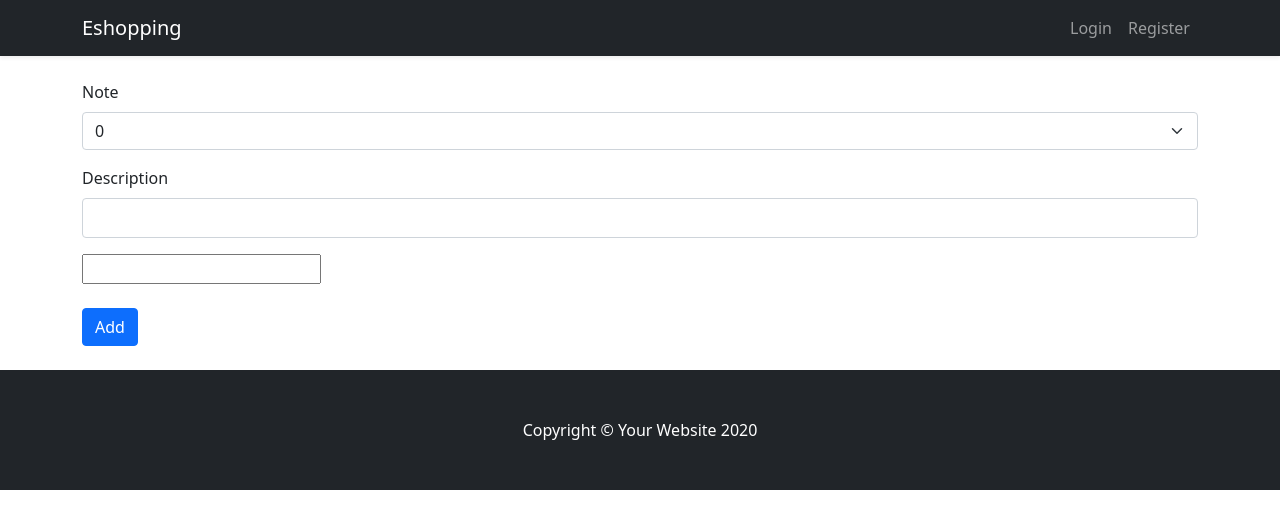
Repository: chamassali/projet_techno_web
Page: http://localhost/member/review/create
The author's editor kept a copy of each file at every save. The page is drawn from the files as they stood at one save, then again after the next save.
The browser window is 1280 px wide. The pictures show the whole page.
Some web libraries are served in a nearby version. The page is served by the project's Laravel application, run on PHP 8.4 with Laravel 8. Other server files are loaded and not shown.

Above is the page before, as saved 2021-01-22 11:05:30.

### routes/web.php
<?php

use Illuminate\Support\Facades\Route;
use Illuminate\Support\Facades\Auth;



/*
|--------------------------------------------------------------------------
| Web Routes
|--------------------------------------------------------------------------
|
| Here is where you can register web routes for your application. These
| routes are loaded by the RouteServiceProvider within a group which
| contains the "web" middleware group. Now create something great!
|
*/

Route::get('/', function () {
    return view('welcome');
});

Auth::routes();

Route::get('/home', 'HomeController@index')->name('home');

Route::namespace('Admin')->prefix('admin')->name('admin.')->middleware('can:manage-users')->group(function(){
    Route::resource('/users', 'UsersController', ['except' => ['show', 'create', 'store']]);
    Route::resource('/dashboard', 'DashboardController');
    Route::resource('/games', 'GamesController');

});

Route::namespace('Member')->prefix('member')->name('member.')->group(function(){
    Route::resource('/profile', 'ProfileController');
    Route::resource('/review', 'ReviewController');
});

### app/Http/Controllers/Member/ReviewController.php
<?php

namespace App\Http\Controllers\Member;

use App\Review;
use App\Game;
use App\Http\Controllers\Controller;
use Illuminate\Http\Request;

class ReviewController extends Controller
{
    /**
     * Display a listing of the resource.
     *
     * @return \Illuminate\Http\Response
     */
    public function index()
    {
        //
    }

    /**
     * Show the form for creating a new resource.
     *
     * @return \Illuminate\Http\Response
     */
    public function create(Request $request, Game $game)
    {
        $id_game = $request->input('id_game');
        return view('member.review.create', [
            'id_game' => $id_game
        ]);
    }

    /**
     * Store a newly created resource in storage.
     *
     * @param  \Illuminate\Http\Request  $request
     * @return \Illuminate\Http\Response
     */
    public function store(Request $request)
    {
        //
    }

    /**
     * Display the specified resource.
     *
     * @param  \App\Review  $review
     * @return \Illuminate\Http\Response
     */
    public function show(Review $review)
    {
        //
    }

    /**
     * Show the form for editing the specified resource.
     *
     * @param  \App\Review  $review
     * @return \Illuminate\Http\Response
     */
    public function edit(Review $review)
    {
        //
    }

    /**
     * Update the specified resource in storage.
     *
     * @param  \Illuminate\Http\Request  $request
     * @param  \App\Review  $review
     * @return \Illuminate\Http\Response
     */
    public function update(Request $request, Review $review)
    {
        //
    }

    /**
     * Remove the specified resource from storage.
     *
     * @param  \App\Review  $review
     * @return \Illuminate\Http\Response
     */
    public function destroy(Review $review)
    {
        //
    }
}

### app/Game.php
<?php

namespace App;

use Illuminate\Database\Eloquent\Model;


class Game extends Model
{
    public function reviews(){
        return $this->hasMany(Review::class);
    }
}

### resources/views/member/review/create.blade.php
@extends('layouts.app')

@section('content')
<div class="container">
    <form action="" method="POST" enctype="multipart/form-data">
        @csrf

        <div class="mb-3">
            <label for="" class="form-label">Note</label>
            <select class="form-select" name="note">
                <option selected>0</option>
                <option value="1">1</option>
                <option value="2">2</option>
                <option value="3">3</option>
                <option value="4">4</option>
                <option value="5">5</option>
                <option value="6">6</option>
                <option value="7">7</option>
                <option value="8">8</option>
                <option value="9">9</option>
                <option value="10">10</option>

            </select>
        </div>

        <div class="mb-3">
            <label for="" class="form-label">Description</label>
            <input type="text" name="description" class="form-control">
        </div>

        <input type="" name="id_game" value="{{ $id_game }}"><br><br>

        <button type="submit" class="btn btn-primary">Add</button>
    </form>
</div>
@endsection

### resources/views/layouts/app.blade.php
<!doctype html>
<html lang="{{ str_replace('_', '-', app()->getLocale()) }}">

<head>
    <meta charset="utf-8">
    <meta name="viewport" content="width=device-width, initial-scale=1">

    <!-- CSRF Token -->
    <meta name="csrf-token" content="{{ csrf_token() }}">

    <title>{{ config('app.name', 'Laravel') }}</title>

    <!-- Scripts -->
    <script src="{{ asset('js/app.js') }}" defer></script>

    <!-- Fonts -->
    <link rel="dns-prefetch" href="//fonts.gstatic.com">
    <link href="https://fonts.googleapis.com/css?family=Nunito" rel="stylesheet">

    <!-- Styles -->
    <link href="{{ asset('css/app.css') }}" rel="stylesheet">
    <link href="https://cdn.jsdelivr.net/npm/bootstrap@5.0.0-beta1/dist/css/bootstrap.min.css" rel="stylesheet" integrity="sha384-giJF6kkoqNQ00vy+HMDP7azOuL0xtbfIcaT9wjKHr8RbDVddVHyTfAAsrekwKmP1" crossorigin="anonymous">

    <script src="https://kit.fontawesome.com/e7e038a132.js" crossorigin="anonymous"></script>

</head>

<body>
    <div id="app">
        <nav class="navbar navbar-expand-md navbar-dark bg-dark shadow-sm">
            <div class="container">
                <a class="navbar-brand" href="{{ url('/home') }}">
                    Eshopping
                </a>
                <button class="navbar-toggler" type="button" data-toggle="collapse" data-target="#navbarSupportedContent" aria-controls="navbarSupportedContent" aria-expanded="false" aria-label="{{ __('Toggle navigation') }}">
                    <span class="navbar-toggler-icon"></span>
                </button>

                <div class="collapse navbar-collapse" id="navbarSupportedContent">
                    <!-- Left Side Of Navbar -->
                    <ul class="navbar-nav mr-auto">

                    </ul>

                    <!-- Right Side Of Navbar -->
                    <ul class="navbar-nav ml-auto">
                        <!-- Authentication Links -->
                        @guest
                        <li class="nav-item">
                            <a class="nav-link" href="{{ route('login') }}">{{ __('Login') }}</a>
                        </li>
                        @if (Route::has('register'))
                        <li class="nav-item">
                            <a class="nav-link" href="{{ route('register') }}">{{ __('Register') }}</a>
                        </li>
                        @endif
                        @else
                        <a href="/home" class="nav-link">
                            Home
                        </a>

                        <li class="nav-item dropdown">
                            <a id="navbarDropdown" class="nav-link dropdown-toggle" href="#" role="button" data-toggle="dropdown" aria-haspopup="true" aria-expanded="false" v-pre>
                                {{ Auth::user()->name }}
                            </a>
                            <div class="dropdown-menu dropdown-menu-right" aria-labelledby="navbarDropdown">
                                <a class="dropdown-item" href="{{ route('logout') }}" onclick="event.preventDefault();
                                                     document.getElementById('logout-form').submit();">
                                    {{ __('Logout') }}
                                </a>
                                @can('manage-users')
                                <a class="dropdown-item" href="{{ route('admin.users.index') }}">
                                    User management
                                </a>
                                <a class="dropdown-item" href="{{ route('admin.dashboard.index') }}">
                                    Dashboard
                                </a>
                                <a class="dropdown-item" href="{{ route('admin.games.index') }}">
                                    Games
                                </a>
                                @endcan
                                <form id="logout-form" action="{{ route('logout') }}" method="POST" class="d-none">
                                    @csrf
                                </form>
                            </div>
                        </li>

                        <a href="{{ route('member.profile.index') }}" class="nav-link">
                            <i class="fas fa-user"></i>
                        </a>
                        @endguest
                    </ul>
                </div>
            </div>
        </nav>

        <main class="py-4">
            <div class="container-fluid">
                @include('partials.alerts')
                @yield('content')
            </div>
        </main>
    </div>

    <footer class="py-5 bg-dark">
        <div class="container">
            <p class="m-0 text-center text-white">Copyright &copy; Your Website 2020</p>
        </div>
        <!-- /.container -->
    </footer>

</body>

</html>

### resources/views/partials/alerts.blade.php
@if(session('success'))
<div class="alert alert-success" role="alert">
    {{ session('success') }}
</div>
@endif

@if(session('warning'))
<div class="alert alert-warning" role="alert">
    {{ session('warning') }}
</div>
@endif

@if(session('error'))
<div class="alert alert-danger" role="alert">
    {{ session('error') }}
</div>
@endif

Loaded but not shown: app/Http/Controllers/Auth/LoginController.php (common file); app/Http/Controllers/Controller.php (common file); app/Http/Controllers/Auth/ConfirmPasswordController.php (common file); public/css/app.css (library)

After the next save:
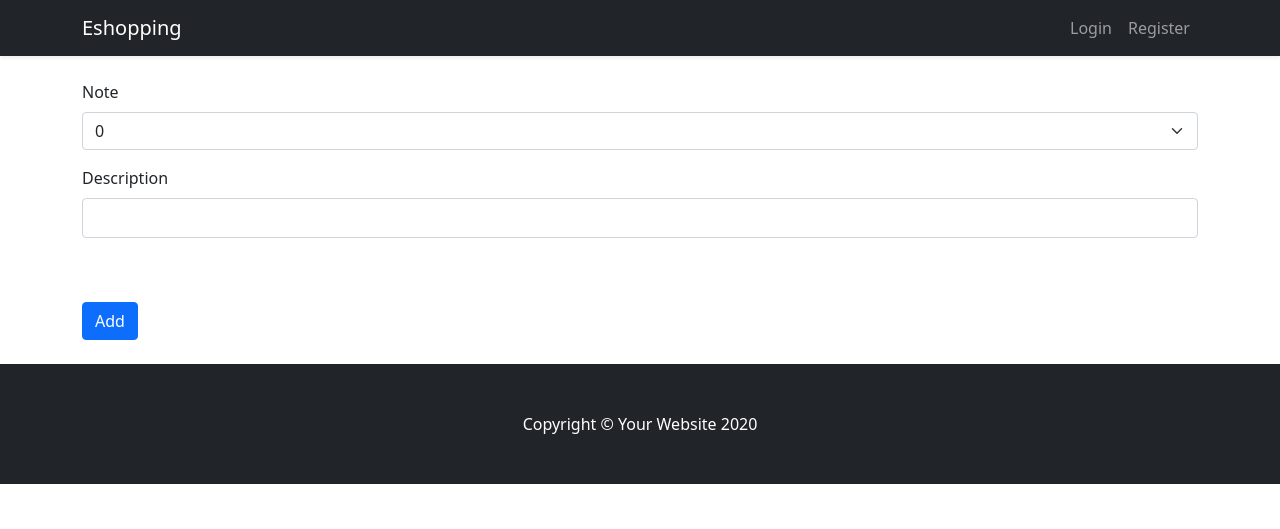
Saved 74 s later.
--- a/resources/views/member/review/create.blade.php
+++ b/resources/views/member/review/create.blade.php
@@ -28,7 +28,7 @@
             <input type="text" name="description" class="form-control">
         </div>
 
-        <input type="" name="id_game" value="{{ $id_game }}"><br><br>
+        <input type="hidden" name="id_game" value="{{ $id_game }}"><br><br>
 
         <button type="submit" class="btn btn-primary">Add</button>
     </form>
